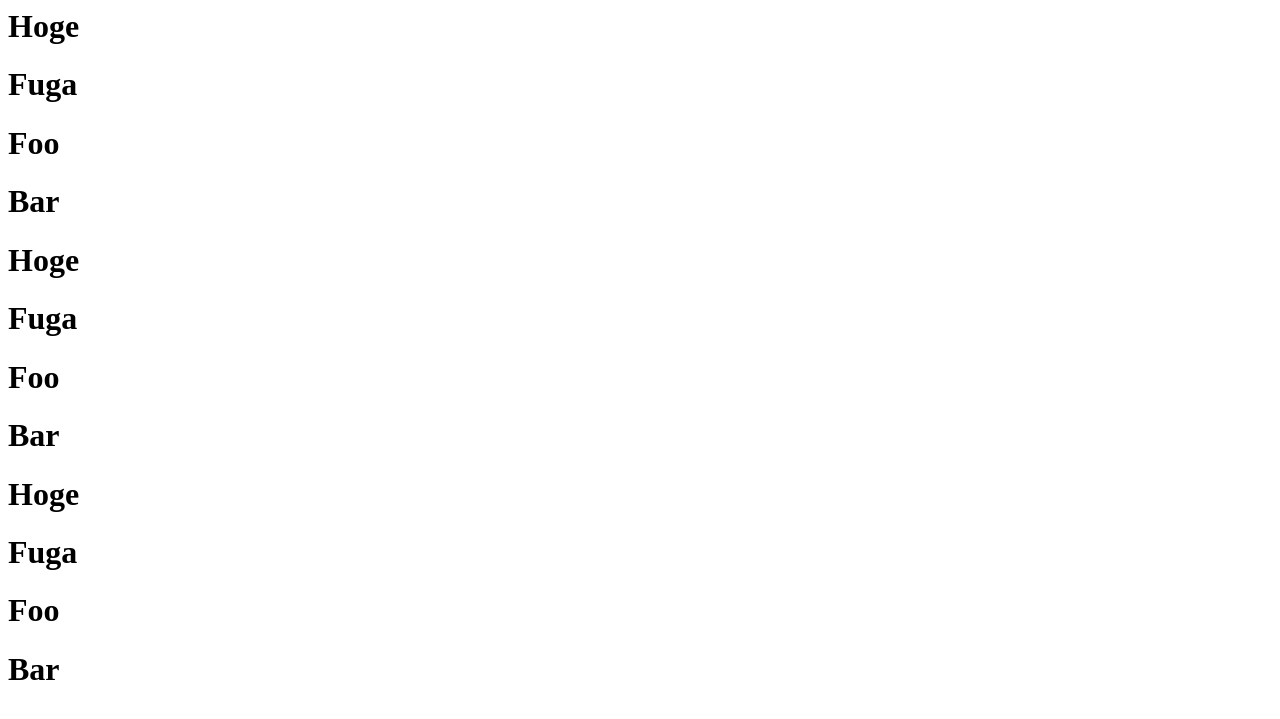
Repository: kota-nakasaka/samurai_HTML-CSS
Page: index2.html
The author's editor kept a record of every edit. The page is drawn from the files as they stood at one moment, then again after the next edit.
The browser window is 1280 px wide. The pictures show the whole page.

Above is the page before.

After the next edit:
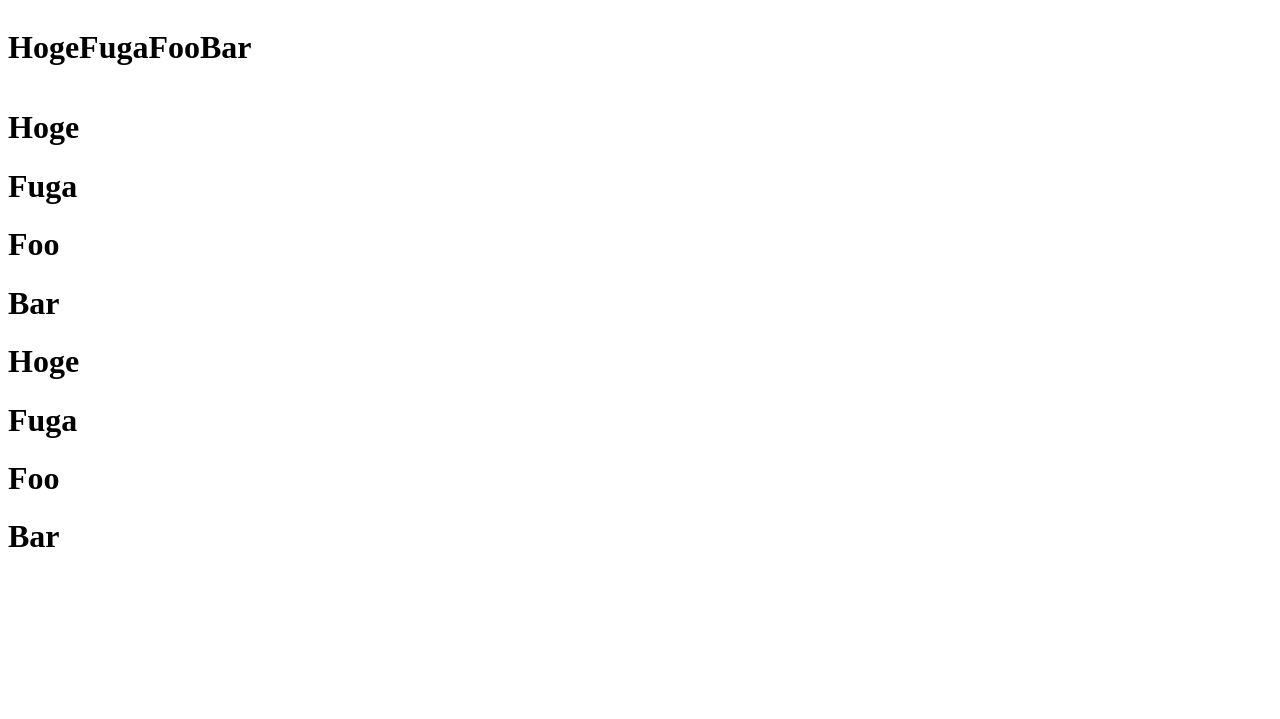
The edit:
--- a/index2.html
+++ b/index2.html
@@ -16,15 +16,11 @@
                 flex-wrap: wrap-reverse;
             }
 
-            #column-reverse {
-                display: flex;
-                flex-direction: column-reverse;
-                background-color: green;
-            }
+
         </style>
     </head>
     <body>
-        <div id="sort">
+        <div id="no-wrap">
             <h1>Hoge</h1>
             <h1>Fuga</h1>
             <h1>Foo</h1>
